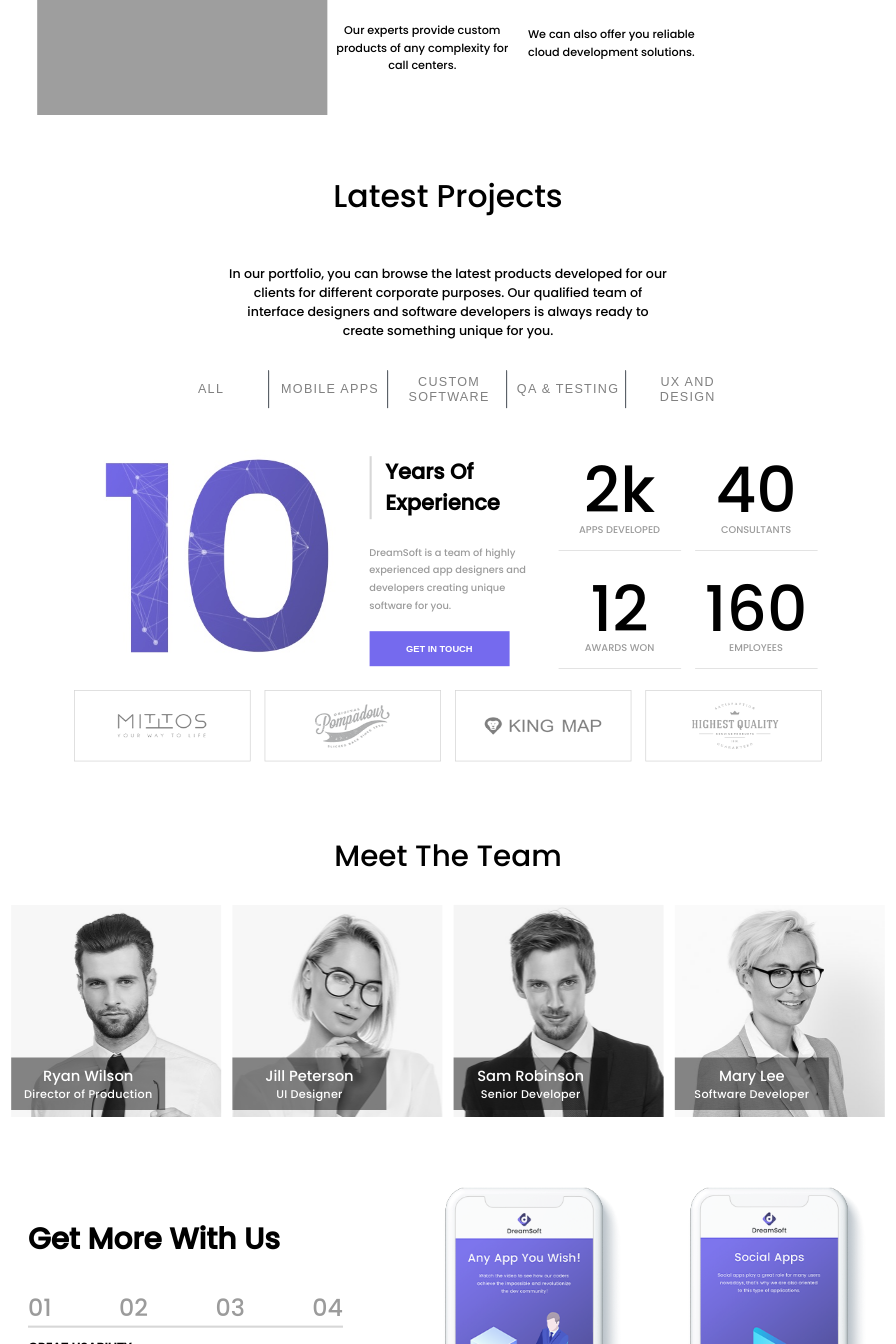
Repository: kkyler24/ladders-bootcamp-awesome
Page: index.html
The author's editor kept a copy of each file at every save. The page is drawn from the files as they stood at one save, then again after the next save.
The browser window is 1280 px wide. The pictures show the part of the page from y = 1174 to 3094 px (the page is 6195 px tall before and 6197 px after), at 70% of full size.
Pictures or frames that could not be fetched are drawn as grey boxes.

Above is the page before, as saved 2021-03-20 11:39:05.

### index.html
<!DOCTYPE html>
<html lang="en">
  <head>
    <meta charset="UTF-8" />
    <meta name="viewport" content="width=device-width, initial-scale=1.0" />
    <link rel="stylesheet" href="style.css" />
    <link rel="stylesheet" href="kstyle.css" />
    <link rel="preconnect" href="https://fonts.gstatic.com">
    <link href="https://fonts.googleapis.com/css2?family=Poppins:wght@500&display=swap" rel="stylesheet">
    <title>Demo</title>
  </head>
  <body>
    <header></header>
    <nav class="container-nav">
      <a class="logopic">
        <img src="./img/jumbotron/logo-default-191x52.png" alt="MCLA LOGO"   height="63.99" width="220">
      </a>
      <div class="nav-link">
      <ul>
        <li class=" list-inline">
          <a href="./index.html">Home</a>
        </li>
        <li class="nav-item active list-inline">
          <a href="./index.html">About Us</a>
        </li>
        <li class="nav-item active list-inline">
          <a href="./index.html">Gallery</a>
        </li>
        <li class="nav-item active list-inline">
          <a href="./index.html">Pricing</a>
        </li>
        <li class="nav-item active list-inline">
          <a href="./index.html">Blog</a>
        </li>
      </ul>
    </div>
      <!-- <button></button> -->

    </nav>
    <!-- jumbotron 3 slides -->
    <div id="jumbotron" class="carousel">
      <!-- <ul class ="carousel-indicators">
          <li data-target="#carouselExampleCaptions" data-slide-to="0" class="active"></li>
          <li data-target="#carouselExampleCaptions" data-slide-to="1"></li>
          <li data-target="#carouselExampleCaptions" data-slide-to="2"></li>
          <li data-target="#carouselExampleCaptions" data-slide-to="3"></li>
      </ul> -->
      <div class="container-jumbo">
          <div class="carousel-item">
              <img id="jumboimgOne"src="./img/jumbotron/jess-bailey-q10VITrVYUM-unsplash.jpg"  alt="..." />
              <div class="jumboheadline">
                <h2 class="jumbotext">Mobile App Development</h2><br>
                  <div id="indext">
                    <p class="jumboPara"> Since our establishment, we have delivering high-quality and sutainable <br> software solutions for corporate purpose of worldwide business.</p>
                  </div>

              </div>
          </div>
          <!-- <div class="carousel-item">
              <img src="Assets/diversity2gether.jpg" class="d-block w-100" alt="..." />
              <div class="carousel-caption d-none d-md-block">
                  <h5>We Celebrate diversity</h5>
              </div>
          </div>
          <div class="carousel-item">
              <img src="Assets/womensrights.jpg" class="d-block w-100" alt="..." />
              <div class="carousel-caption d-none d-md-block">
                  <h5> We charise our choices</h5>
              </div>
          </div>
          <div class="carousel-item">
              <img src="Assets/climate.jpg" class="d-block w-100" alt="..." />
              <div class="carousel-caption d-none d-md-block">
                  <h5> We protect whats ours</h5>
              </div> -->
          </div>
      </div>
  </div>
  <!-- <a class="carousel-control-prev" href="#carouselExampleCaptions" role="button" data-slide="prev">
      <span class="carousel-control-prev-icon" aria-hidden="true"></span>
      <span class="sr-only">Previous</span>
  </a>
  <a class="carousel-control-next" href="#carouselExampleCaptions" role="button" data-slide="next">
      <span class="carousel-control-next-icon" aria-hidden="true"></span>
      <span class="sr-only">Next</span>
  </a> -->
</div>

    </section>

    <section class="all-service-section">
      <!-- see all services -->
          <div class="all-services-img">
            <img src="https://ld-wt73.template-help.com/wt_prod-18959/images/index-1-415x592.jpg" alt="" width="415" height="592">
          </div>

          <div class="all-services-container">

              <div class="corporate-solutions-block">
                <h3 class="all-services-h3">See All Services</h3>
                <button class="all-services-button">All Services</button>
              </div>
              <div class="corporate-solutions-block">
                <img src="./img/icon-phone.PNG" alt="">
                <h4 class="services-title-h4">CORPORATE SOLUTIONS</h4>
                <p class="corporate-solutions-text">Need specific software for your company? We are ready to develop it!</p>
              </div>
              <div class="corporate-solutions-block">
                <img src="./img/icon-headset.PNG" alt="">
                <h4 class="services-title-h4">CALL CENTER SOLUTIONS</h4>
                <p class="corporate-solutions-text">Our experts provide custom products of any complexity for call centers.</p>
              </div>
              <div class="corporate-solutions-block">
                <img src="./img/icon-cloud-box.PNG" alt="">
                <h4 class="services-title-h4">CLOUD DEVELOPMENT</h4>
                <p class="corporate-solutions-text">We can also offer you reliable cloud development solutions.</p>
              </div>

          </div>
    </section>

    <section id="sectThree" class="container-fluid">
      <!-- latest Projects -->
      <div class="latestPro">
        <h1 id="latestPro"> Latest Projects</h1>
        <p id="latestPara">In our portfolio, you can browse the latest products developed for our clients for different corporate purposes. Our qualified team of interface designers and software developers is always ready to create something unique for you.</p>
        <ul id="latestRow">
         <li class="latestButtons"><button>All</button></li>
         <li class="latestButtons"><button>Mobile Apps</button></li>
         <li class="latestButtons"><button>custom Software</button></li>
         <li class="latestButtons"><button>QA & Testing</button></li>
         <li class="latestButtons"><button id="uxli">UX and Design</button></li>
        </ul>

      </div>
    </section>

    <section class="achievements-section">
      <!-- achievements -->
      <figure>
      <img src="./img/10.jpg" alt="Animated number ten" height="300" />
      </figure>
      <div class="years-of-experience-container">
        <h1>Years Of Experience</h1>
        <p>
          DreamSoft is a team of highly experienced app designers and developers
          creating unique software for you.
        </p>
        <button class="get-in-touch-button">Get in touch</button>
      </div>
      <div class="achievements-numbers-container">
        <div class="achievements-numbers-block">
          <h2>2k</h2>
          <p>APPS DEVELOPED</p>
        </div>
        <div class="achievements-numbers-block">
          <h2>40</h2>
          <p>CONSULTANTS</p>
        </div>
        <div class="achievements-numbers-block">
          <h2>12</h2>
          <p>AWARDS WON</p>
        </div>
        <div class="achievements-numbers-block">
          <h2>160</h2>
          <p>EMPLOYEES</p>
        </div>
      </div>
      <div class="logo-links-container">
        <figure>
          <img src="./img/clients-9-270x117.png" alt="Mittos Logo" >
        </figure>
        <figure>
          <img src="./img/clients-10-270x117.png" alt="Pompadour Logo" >
        </figure>
        <figure>
          <img src="./img/clients-3-270x117.png" alt="King Map Logo" >
        </figure>
        <figure>
          <img src="./img/clients-11-270x117.png" alt="Highest Quality Logo" >
        </figure>
      </div>
    </section>

    <section class="meet-the-team-section">
      <!-- meet the team -->
      <h2 class="meet-the-team-h2">Meet The Team</h2>

      <div class="meet-the-team-main-container">

          <div class="meet-team-block">
            <img src="./img/ryan-wilson.jpg" alt="">

            <div class="meet-team-text-block">
              <h4 class="meet-the-team-h4">Ryan Wilson</h4>
              <p class="meet-the-team-p">Director of Production</p>
            </div>
          </div>
          <div class="meet-team-block">
            <img src="./img/jill-peterson.jpg" alt="">

            <div class='meet-team-text-block'>
              <h4 class="meet-the-team-h4">Jill Peterson</h4>
              <p class="meet-the-team-p">UI Designer</p>
            </div>
          </div>
          <div class="meet-team-block">
            <img src="./img/sam-robinson.jpg" alt="">

            <div class='meet-team-text-block'>
              <h4 class="meet-the-team-h4">Sam Robinson</h4>
              <p class="meet-the-team-p">Senior Developer</p>
            </div>
          </div>
          <div class="meet-team-block">
            <img src="./img/mary-lee.jpg" alt="">

            <div class='meet-team-text-block'>
              <h4 class="meet-the-team-h4">Mary Lee</h4>
              <p class="meet-the-team-p">Software Developer</p>
            </div>
          </div>

      </div>
    </section>

    <section class="get-more-with-us-section">
      <!-- Get more with us -->
      <section class="get-more-with-us">
        <h1>Get More With Us</h1>
        <div class="numbers">
          <p>01</p>
          <p>02</p>
          <p>03</p>
          <p>04</p>
        </div>
        <h2>GREAT USABILITY</h2>
        <p class="get-more-about-project">
          All our apps are designed to have great usability in
          order to easily operate our applications.
          That is why our software has high ratings and lots of awards.
        </p>
        <button class="get-in-touch-button">Get in touch</button>
        <button class="download-presentation-button">Download presentation</button>
      </section>
      <img src="img/index-4-261x484.png" alt="Screen with Any App You Wish">
      <img src="img/index-5-261x484.png" alt="Screen with Socia Apps">
    </section>

    <section class="what-people-say-section">
      <!-- What People Say -->
      <h2 class="what-people-say-h2">What People Say</h2>

      <div class="what-people-say-main-container">

        <div class="client-container">
          <img src="./img/catherine-wilson.jpg" alt="">
          <div class="client-title">
            <h4 class="client-name-h4">Catherine Williams</h4>
            <p>Regular client</p>
          </div>
          <div class="client-body">
            <p class="client-body-p">DreamSoft offers a high caliber of resources skilled
            in Microsoft Azure .NET, mobile and Quality Assurance. They
            became our true business partners over the past three years.</p>
          </div>
        </div>
        <div class="client-container">
          <img src="./img/rupert-woods.jpg" alt="">
          <div class="client-title">
            <h4 class="client-name-h4">Rupert Wood</h4>
            <p>Regular client</p>
          </div>
          <div class="client-body">
            <p class="client-body-p">DreamSoft powered us with a competent team to develop
            products for banking services. The team has been delivering
            results within budget and time, which is amazing.</p>
          </div>
        </div>
        <div class="client-container">
          <img src="./img/samantha-brown.jpg" alt="">
          <div class="client-title">
            <h4 class="client-name-h4">Samantha Brown</h4>
            <p>Regular client</p>
          </div>
          <div class="client-body">
            <p class="client-body-p">DreamSoft is a highly skilled and uniquely capable
            firm with multitudes of talent on-board. We have
            results within budget and time, which is amazing.
            collaborated on a number of diverse projects that
            have been a great success.</p>
          </div>
        </div>

      </div>

    </section>

    <section class="latest-blog-posts-section">
      <h2 class="what-people-say-h2">Latest Blog Posts</h2>
      <div class="posts-container">
        <div class="post-block">
          <figure>
          <img class="post-cover" src="img/post-10-370x307.jpg">
          <img class="post-date-label" src="img/label.svg">
          <p class="post-label-date">07/04</p>
          </figure>
          <h4 class="block-post-h4">Benefits Of Async/Await</h4>
            <p class="blog-post-p">
            Asynchronous functions are a good and bad thing in JavaScript.
            The good side is that asynchronous functions are non-blocking and…
            </p>
        </div>
        <div class="post-block">
          <figure>
          <img class="post-cover" src="img/post-11-370x307.jpg">
          <img class="post-date-label" src="img/label.svg">
          <p class="post-label-date">07/17</p>
          </figure>
          <h4 class="block-post-h4">Key Considerations Of IPaaS</h4>
            <p class="blog-post-p">
              Digital transformation requires cloud appropriate adoption,
              legacy IT systems modernization, and Agile-based methodologies for faster…
            </p>
        </div>
        <div class="post-block">
          <figure>
          <img class="post-cover" src="img/post-12-370x307.jpg">
          <img class="post-date-label" src="img/label.svg">
          <p class="post-label-date">07/22</p>
          </figure>
          <h4 class="block-post-h4">Hibernate Query Language</h4>
            <p class="blog-post-p">
              In this tutorial, we will discuss the
              Hibernate Query Language. HQL is an object-oriented query language.
              Hibernate Query...
            </p>
        </div>
      </div>
    </section>

    <footer>
      <!-- contacts and info -->
      <section class="footer-contacts">
        <img src="img/logo-inverse-191x52.png" alt="DreamSoft Logo">
        <p class="about-company">
          Our company has been developing high-quality and reliable software
          for corporate needs since 2008. We are renowned professionals of
          software development.</p>
        <div class="address-block-container">
          <div class="one-contact-block">
            <h2>ADDRESS</h2>
            <p>4730 Crystal Springs Dr, Los Angeles, CA 90027</p>
          </div>
          <div class="one-contact-block">
            <h2>PHONES</h2>
            <p>
              <span class="changing-color">+1 323-913-4688</span>
              <span>,</span>
              <span class="changing-color">+1 323-888-4554</span>
            </p>
          </div>
          <div class="one-contact-block">
            <h2>E-MAILS</h2>
            <p>
              <span>info@demolink.org</span>
              <span>,</span>
              <span>mail@demolink.org</span>
            </p>
          </div>
          <div class="social-media-links-container">
            <img src="img/iconfinder_Circled_Facebook.svg" alt="Facebook Icon">
            <img src="img/iconfinder_Circled_Instagram.svg" alt="Facebook Icon">
            <img src="img/iconfinder_Circled_Linkedin.svg" alt="Facebook Icon">
            <img src="img/iconfinder_Circled_Twitter.svg" alt="Facebook Icon">
          </div>
        </div>
      </section>
      <form class="contact-form">
        <h1>Questions? Contact Us</h1>
        <input class="input-field-1" type="text" id="name" name="name" placeholder="Name"><br>
        <input class="input-field-1" type="text" id="email" name="email" placeholder="Email"><br>
        <input class="input-field-2" type="text" id="message" name="message" placeholder="Message"><br>
        <button class="send-message-button">Send message</button>
      </form>
      <section class="what-we-offer">
        <h1>What We Offer</h1>
        <div class="what-we-offer-container">
            <figure class="what-we-offer-item">
              <p>DB Management</p>
              <figure class="triangle"></figure>
            </figure>
            <figure class="what-we-offer-item">
              <p>IOS/MacOS</p>
              <figure class="triangle"></figure>
            </figure>
            <figure class="what-we-offer-item">
              <p>Android Apps</p>
              <figure class="triangle"></figure>
            </figure>
            <figure class="what-we-offer-item">
              <p>Windows Apps</p>
              <figure class="triangle"></figure>
            </figure>
            <figure class="what-we-offer-item">
              <p>UX/UI Apps</p>
              <figure class="triangle"></figure>
          </figure>
        </div>
        </section>
      </footer>
  </body>
</html>

### kstyle.css
html, body{
  overflow-x: hidden;


}

/* Navbar git  */
.container-nav {
  display: flex;
}

.list-inline {
  display: inline;
  list-style-type: none;
  padding-right: 10px;
  font-family: Georgia, "Times New Roman", Times, serif;
}

a.logopic {
  flex-flow: row;
  flex-grow: 3;
}

ul.li.a {
  font-family: "Poppins", sans-serif;
  font-weight: 500;
  color: black;
}

/* Jumbotron */
.jumboPara {
  text-align: center;
}

.jumbotron .container-jumbo {
  max-width: 100%;
  background-color: #222;
}

#jumbotron {
  padding: 30px 0px 30px 0px;
  max-width: 100%;
  text-align: center;
  background-color: transparent;
  overflow: hidden;
  font-family: "Raleway", Helvetica, Arial, sans-serif;
}

.container-jumbo {
  display: flex;
  width: 100%;
  margin: 0 auto;
  height: 561px;
}

.jumbotext {
  color: rgb(2, 2, 2);
  font-weight: 600;
  text-transform: uppercase;
  font-size: 60px;
}

.jumboheadline {
  display: flex;
  flex-direction: column;
  height: 506px;
  justify-content: flex-end;
}

#jumboimgOne {
  z-index: 0;
  position: absolute;
  display: flex;
  width: 100%;
  overflow-x: hidden;
}

.carousel-item {
  width: 100%;
}

.carousel-item,
.jumbotext,
#indext {
  position: relative;
  z-index: 2;
}

/* latest Section */

#sectThree{
  display: flex;
  font-family: "Poppins", sans-serif;
  text-align: center;
  width: 100%;
}

#latestPara{
 font-size: 18px;
 margin: auto 25% auto 25%;
 padding-top: 3%;
 max-width: ;
}

#latestPro{
  font-size: 45px;
  font-weight: lighter;
  margin-top: 2%;
  margin-bottom: 2%;
}

#latestRow{
display: flex;
justify-content: center;
margin: 3%;

}

#latestRow button{
  color: gray;
  font-weight: 200px;
  padding: 3%;
  margin: 5px;
  margin-right: 0px;
  height: 55px;
 font-size: 18px;
 letter-spacing: .1em;
 background-color: transparent;
 width: 165px;
 text-transform: uppercase;
 border-radius: 2px;
 border-top: transparent;
 border-left: transparent;
 border-bottom: transparent;
 border-right-color: lightslategray;

}
ul{
  padding: 0px;
}
#uxli{
  border-right: transparent;
}
li.latestButtons{
  list-style: none;

}

Loaded but not shown: style.css (628 lines, source omitted)

After the next save:
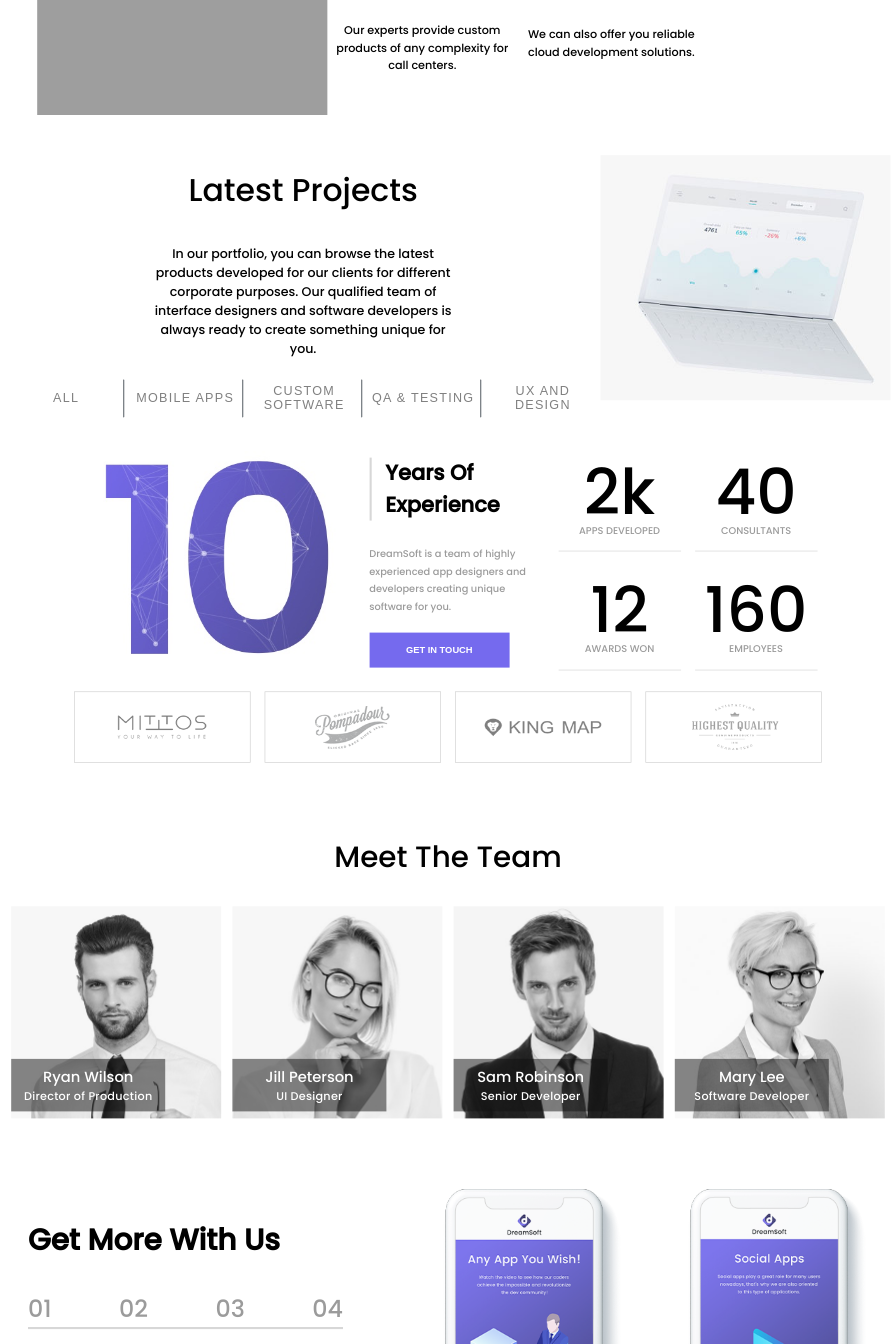
Saved 13 min 42 s later.
--- a/index.html
+++ b/index.html
@@ -131,6 +131,16 @@
          <li class="latestButtons"><button>QA & Testing</button></li>
          <li class="latestButtons"><button id="uxli">UX and Design</button></li>
         </ul>
+      </div>
+      <div class="row" id="latestGallery">
+        <div class="col-4"><img src="./img/latestsection/1fullwidth-gallery-1-420x350.jpg" alt="computer" >
+
+        </div>
+        <div class="col-4"><img>
+        </div>
+        <div class="col-4"><img>
+        </div>
+
 
       </div>
     </section>
